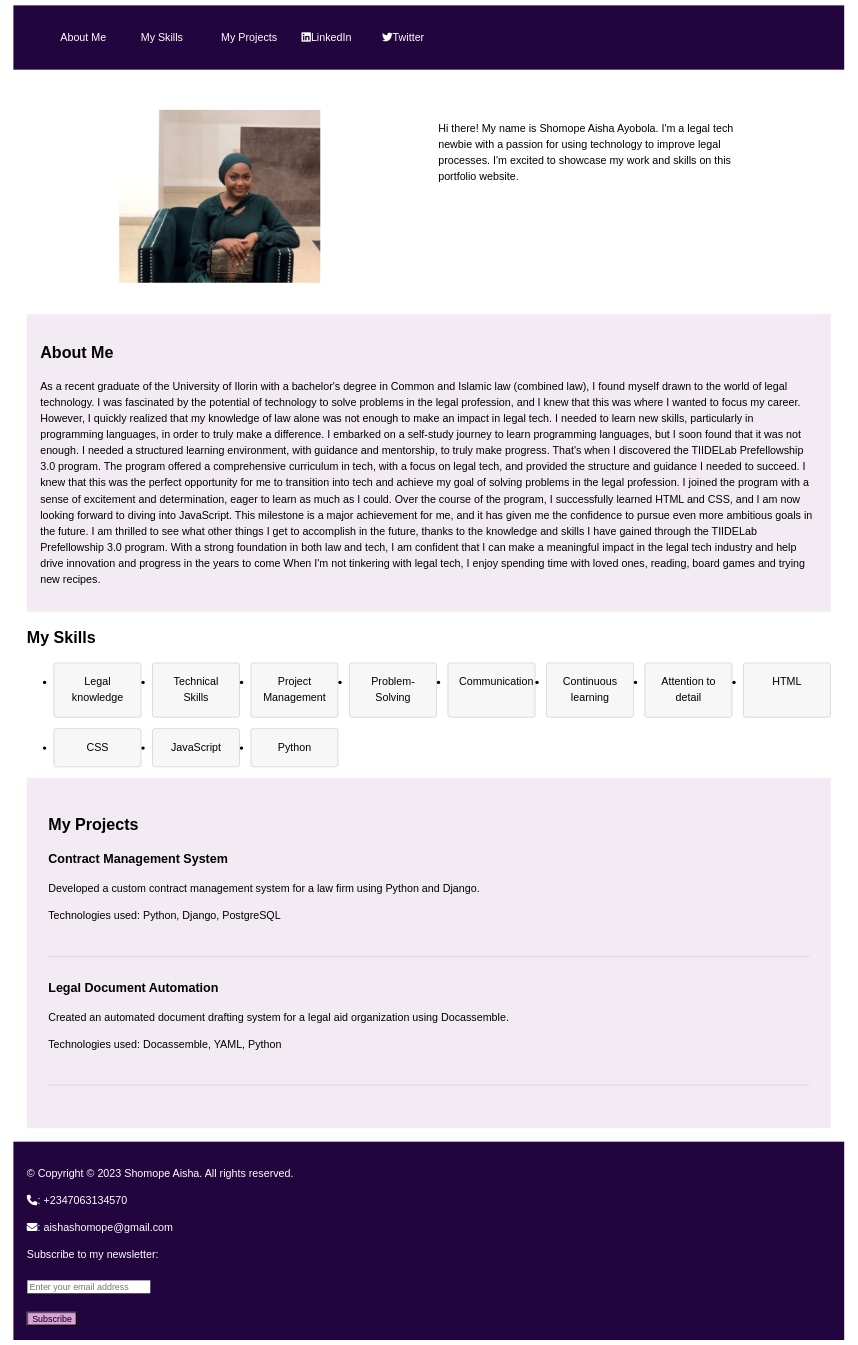
Repository: Iyewande/AishasPortfolio
Page: Index.html
These files come from the project's save history. The page is drawn as it stood at one moment and after the next save; the edit follows.
The browser window is 1280 px wide. The pictures show the whole page, at 67% of full size.
Some web libraries are served in a nearby version.

Above is the page before, as saved 2023-05-04 21:52:01.

After the next save:
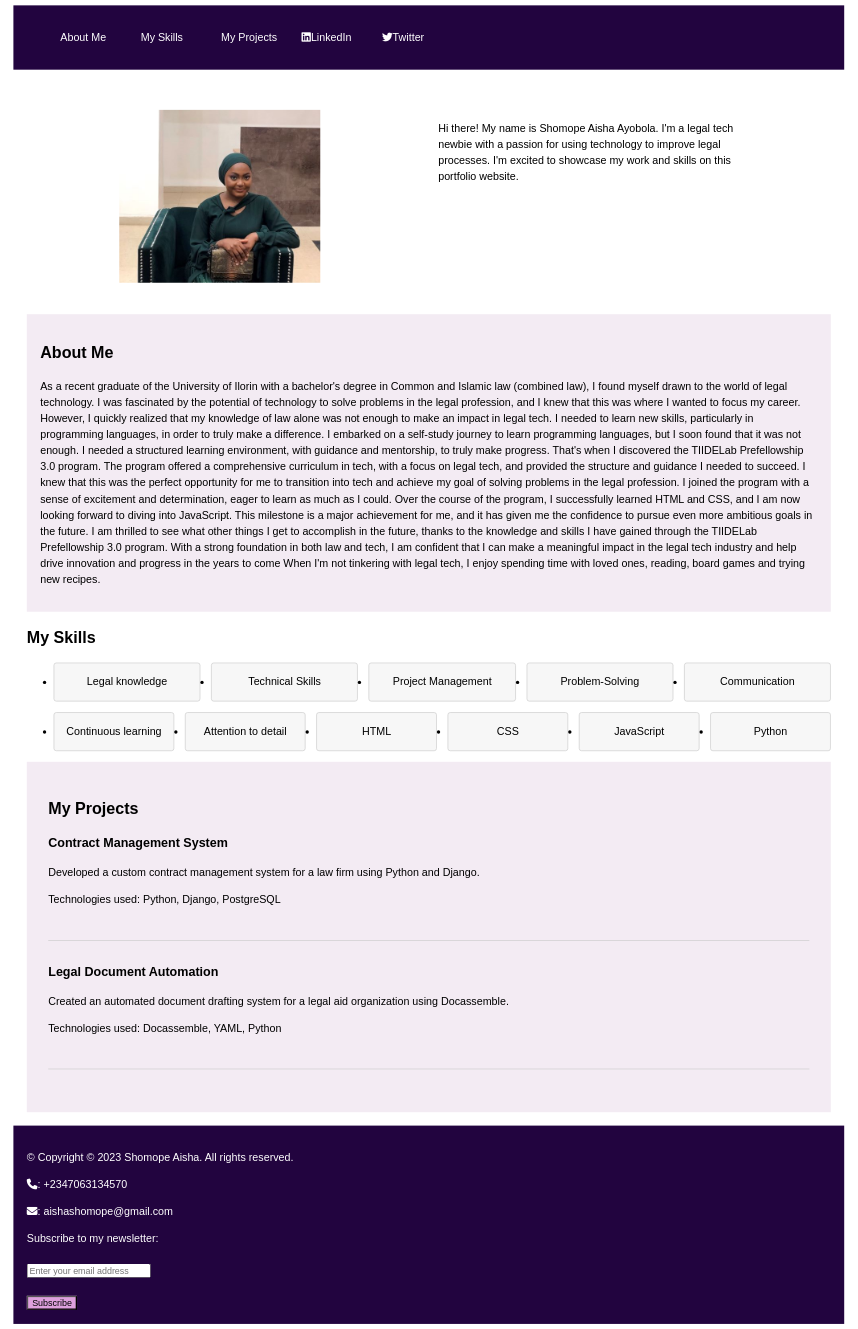
Saved 9 min 6 s later.
--- a/Index.html
+++ b/Index.html
@@ -56,16 +56,19 @@
 
             </section>
               <section id="skills">
-                <div>
+                <div id="mySkills">
                     <h2>My Skills</h2>
                 </div>
-               <div>
+               <div id="list">
+                    <div></div>
                     <ul>
                         <li>Legal knowledge</li>
                         <li>Technical Skills</li>
                         <li>Project Management</li>
                         <li>Problem-Solving</li>
                         <li>Communication</li>
+                    </ul>
+                    <ul>
                         <li>Continuous learning</li>
                         <li>Attention to detail</li>
                         <li>HTML</li>
